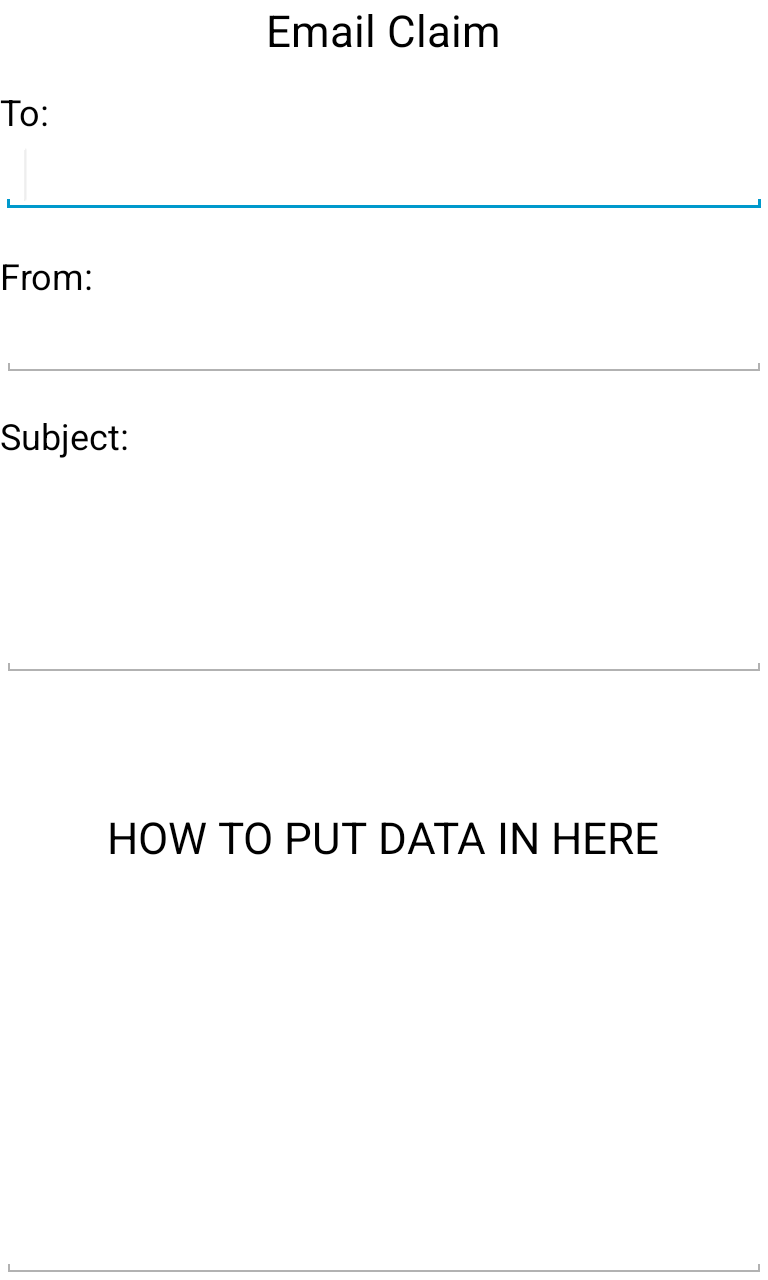
Repository: ReverseOni/Assignment1
Layout: MamesserAssign1/res/layout/email_claim.xml
These files come from the project's save history. The layout is drawn as it stood at one moment and after the next save; the edit follows.
It is drawn on a 768 x 1280 px phone screen (xhdpi) without system bars, with theme AppTheme; the app's code is not run. The app's manifest (not shown) leaves right-to-left support off. So textAlignment, textDirection and layoutDirection are ignored, and left and right values win over start and end ones.

Above is the layout before, as saved 2015-01-24 19:53:01.

After the next save:
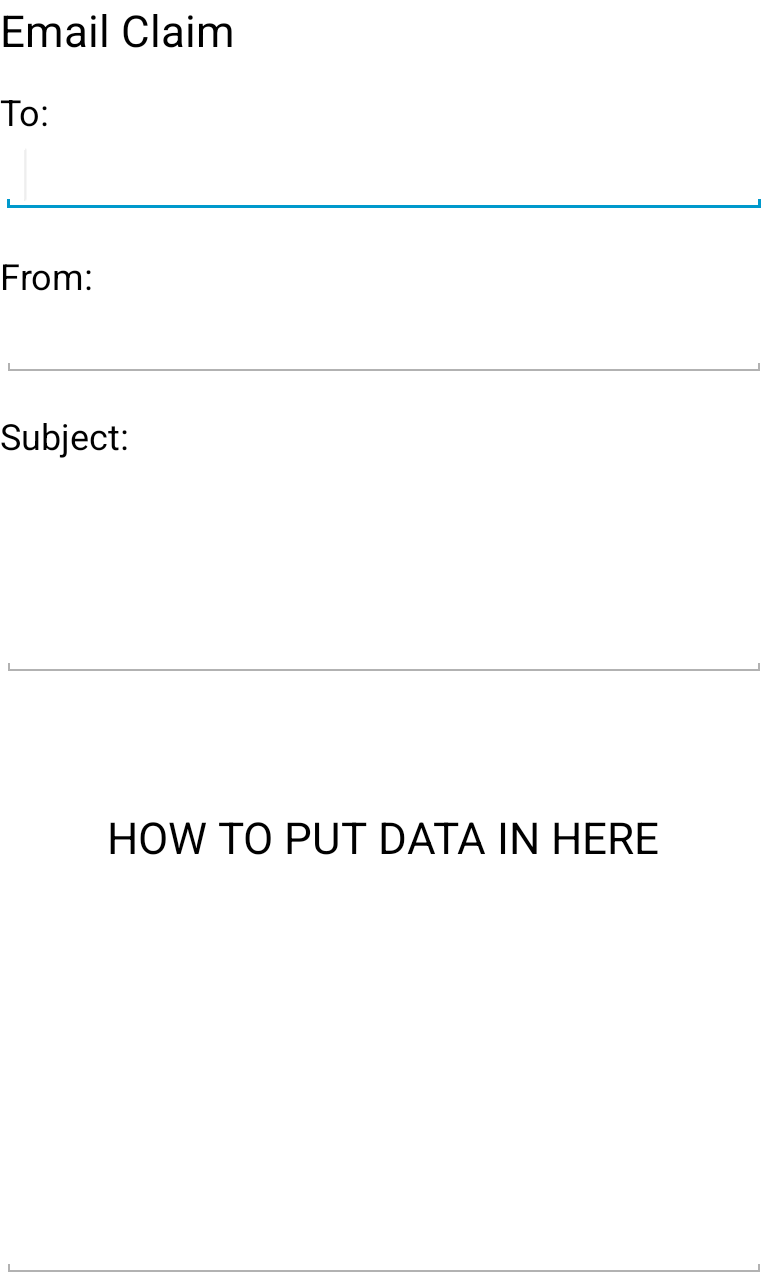
Saved 60 s later.
--- a/MamesserAssign1/res/layout/email_claim.xml
+++ b/MamesserAssign1/res/layout/email_claim.xml
@@ -9,6 +9,7 @@
         android:layout_height="wrap_content"
         android:layout_alignParentTop="true"
         android:layout_centerHorizontal="true"
+        android:layout_alignParentStart="true"
         android:text="Email Claim"
         android:textAppearance="?android:attr/textAppearanceLarge" />
 
